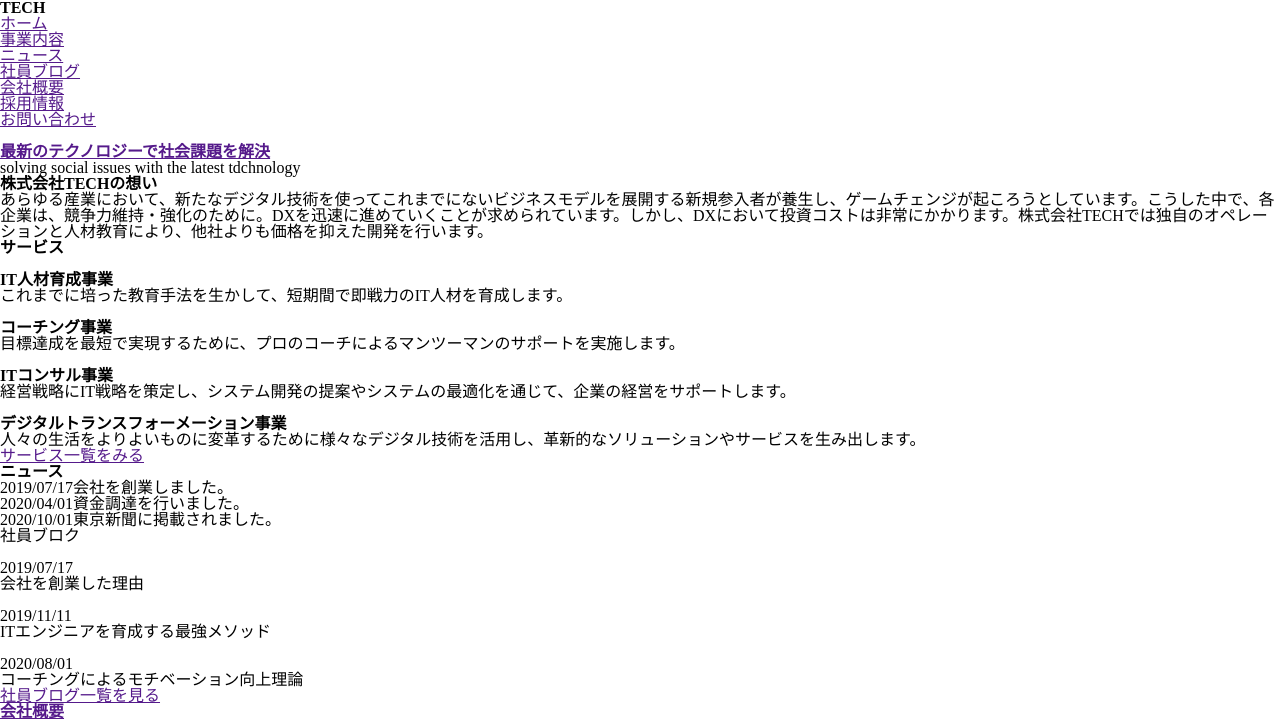
Repository: masanarimiura/20220516_miura
Page: index.html
These files come from the project's save history. The page is drawn as it stood at one moment and after the next save; the edit follows.
The browser window is 1280 px wide. The pictures show the whole page.

Above is the page before, as saved 2022-05-13 15:36:45.

After the next save:
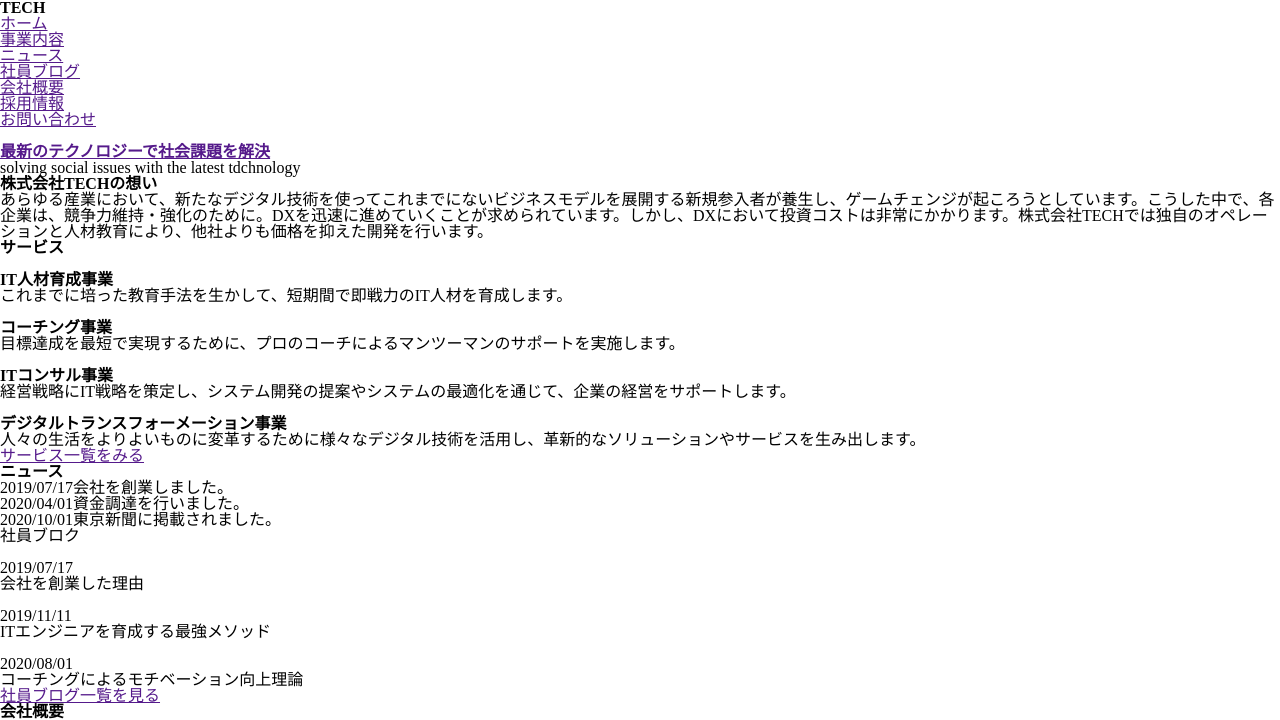
Saved 7 s later.
--- a/index.html
+++ b/index.html
@@ -112,7 +112,7 @@
   </div>
 
   <div class="info">
-    <div class="info__company"><a href="">
+    <a href=""></a><div class="info__company">
         <h2 class="info__company__ttl">会社概要</h2 class=" info__company__ttl"></a>
     </div>
     <div class="info__recruit">

After the 2 saves that followed:
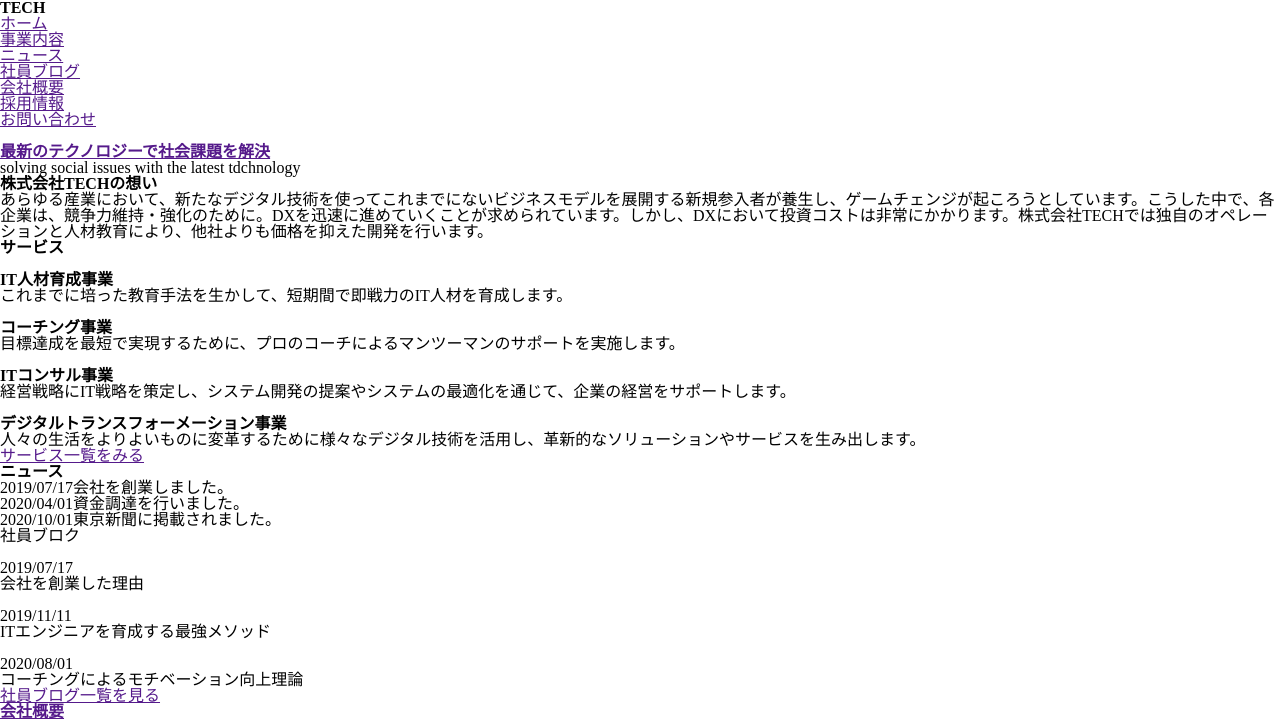
The 2 saves are shown as one change because 1 left the picture as it was.
The last was saved 14 s later.
--- a/index.html
+++ b/index.html
@@ -112,9 +112,9 @@
   </div>
 
   <div class="info">
-    <a href=""></a><div class="info__company">
-        <h2 class="info__company__ttl">会社概要</h2 class=" info__company__ttl"></a>
-    </div>
+    <a href=""><div class="info__company">
+        <h2 class="info__company__ttl">会社概要</h2 class=" info__company__ttl">
+    </div></a>
     <div class="info__recruit">
       <a href="">
         <h2 class="info__company__ttl"></h2>
